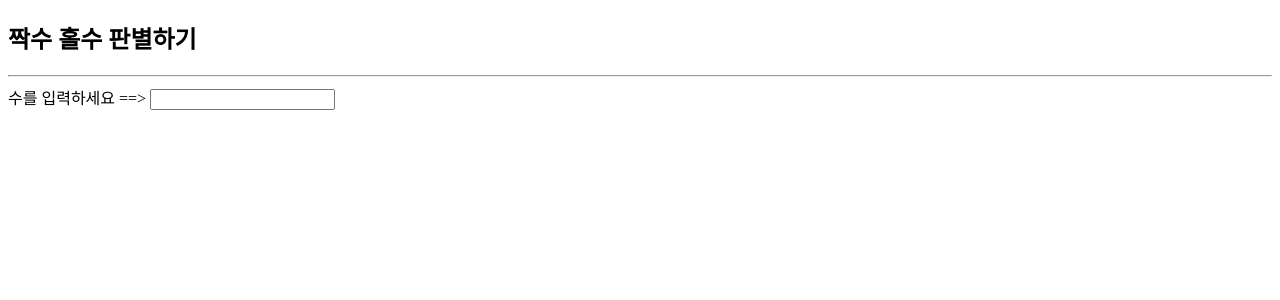
Repository: MegiLove/JavascriptStudy
Page: http://localhost/day1230/evenOddTest.jsp
An editor plug-in stored every save of this project. The page is shown before and after the next save, followed by the edit.
The browser window is 1280 px wide. The pictures show the whole page.
The page is served by Tomcat 9.

Above is the page before, as saved 2021-12-30 08:27:03.

After the next save:
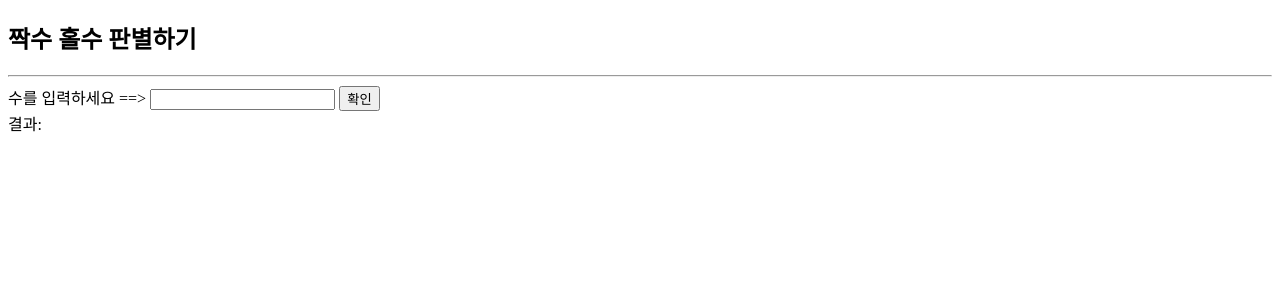
Saved 25 s later.
--- a/day1230/src/main/webapp/evenOddTest.jsp
+++ b/day1230/src/main/webapp/evenOddTest.jsp
@@ -10,5 +10,7 @@
 	<h2>짝수 홀수 판별하기</h2>
 	<hr>
 	수를 입력하세요 ==> <input type="text" id="num">
+	<button>확인</button><br>
+	결과: <span id="result"></span>
 </body>
 </html>
